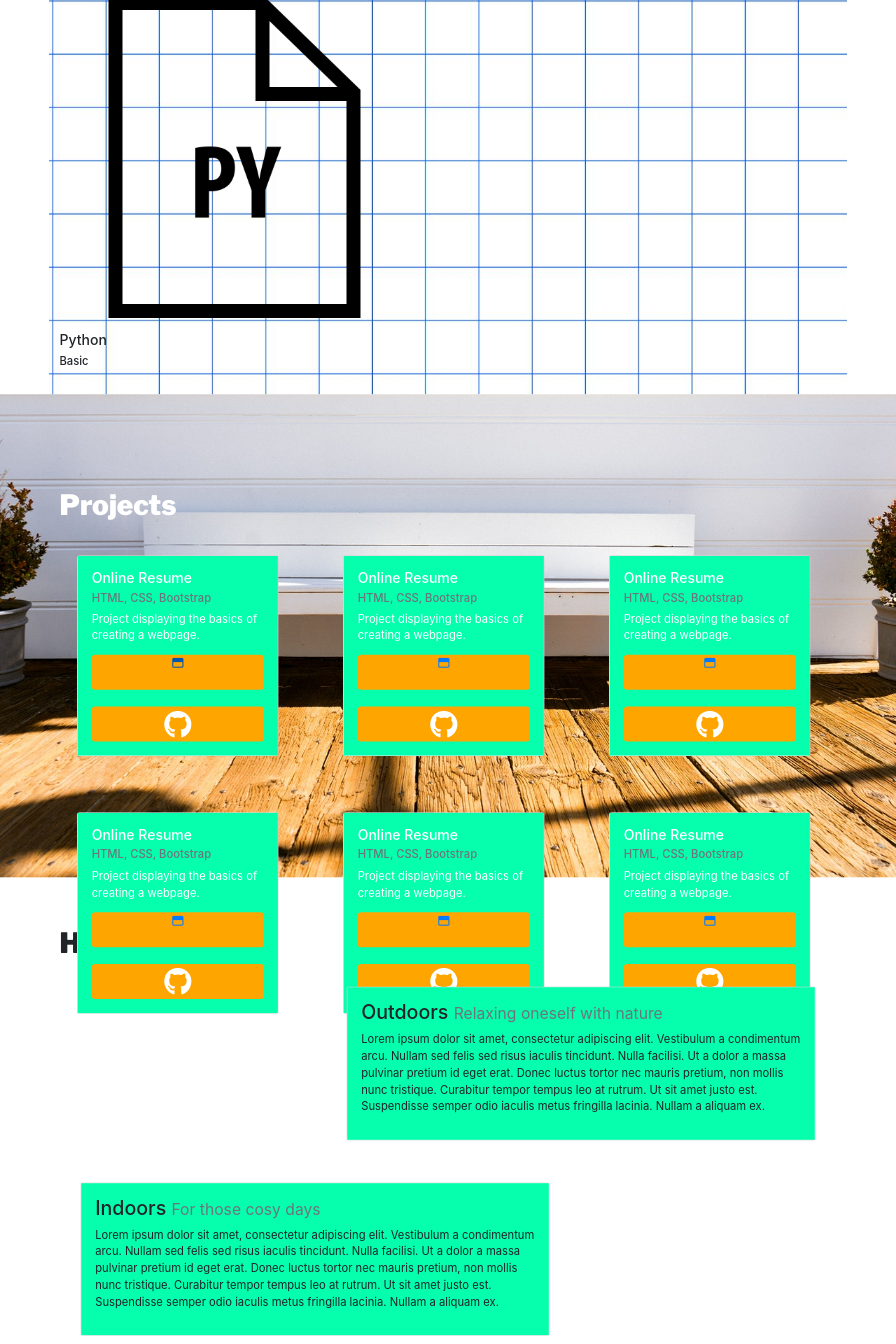
Repository: muhdarifrawi/resume-project
Page: index.html
The author's editor kept a record of every edit. The page is drawn from the files as they stood at one moment, then again after the next edit.
The browser window is 1280 px wide. The pictures show the part of the page from y = 3725 to 5645 px (the page is 6524 px tall), at 70% of full size.
The pointer rests on the first visible `.rounded-box`.
Some web libraries are served in a nearby version.

Above is the page before.

After the next edit:
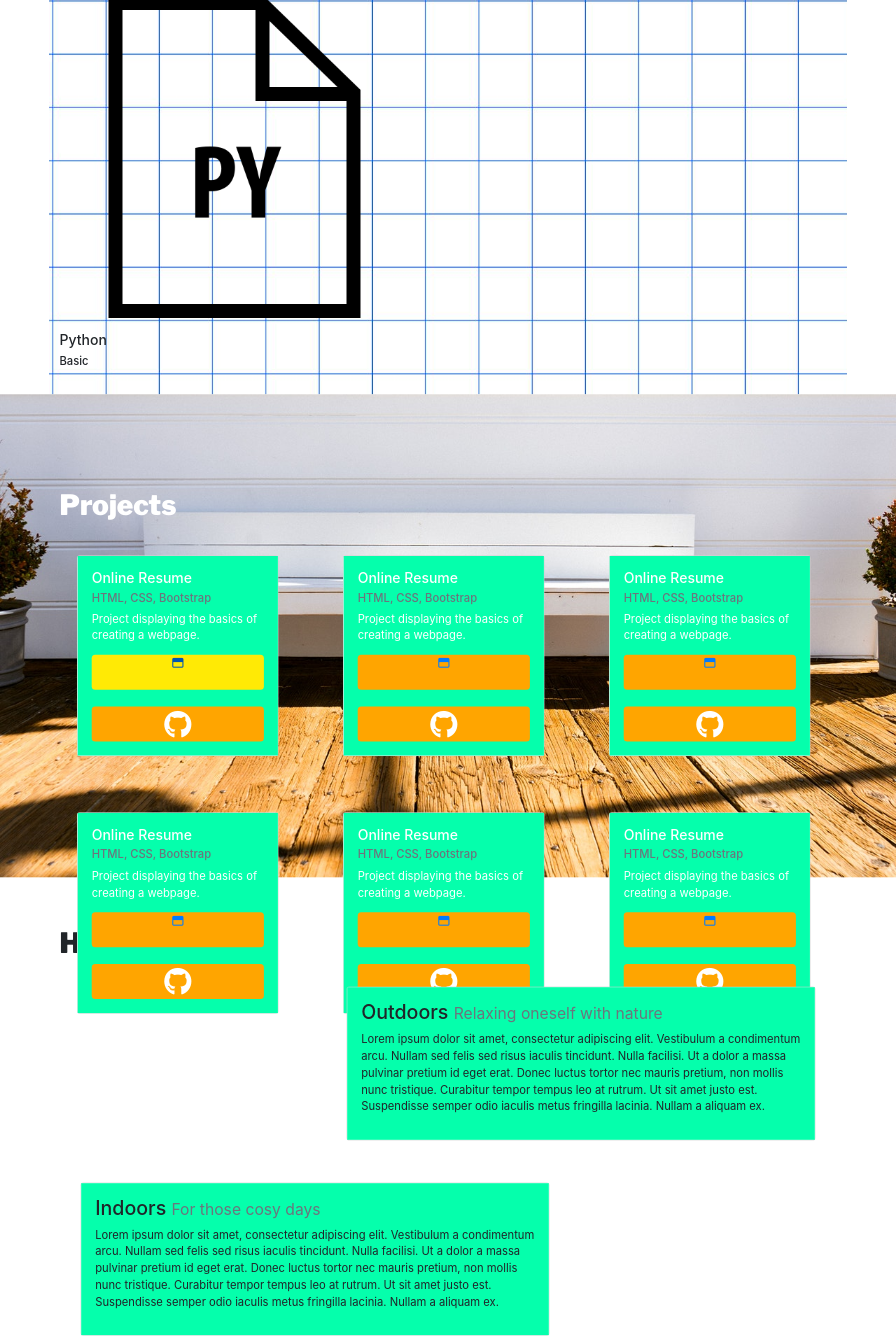
The edit:
--- a/style.css
+++ b/style.css
@@ -145,6 +145,11 @@
 
 }
 
+.rounded-box:hover{
+    background-color:rgb(255, 234, 5);
+    border-color:rgb(255, 234, 5);
+}
+
 .fa-twitter{
     padding-top:5px;
     font-size:40px;
